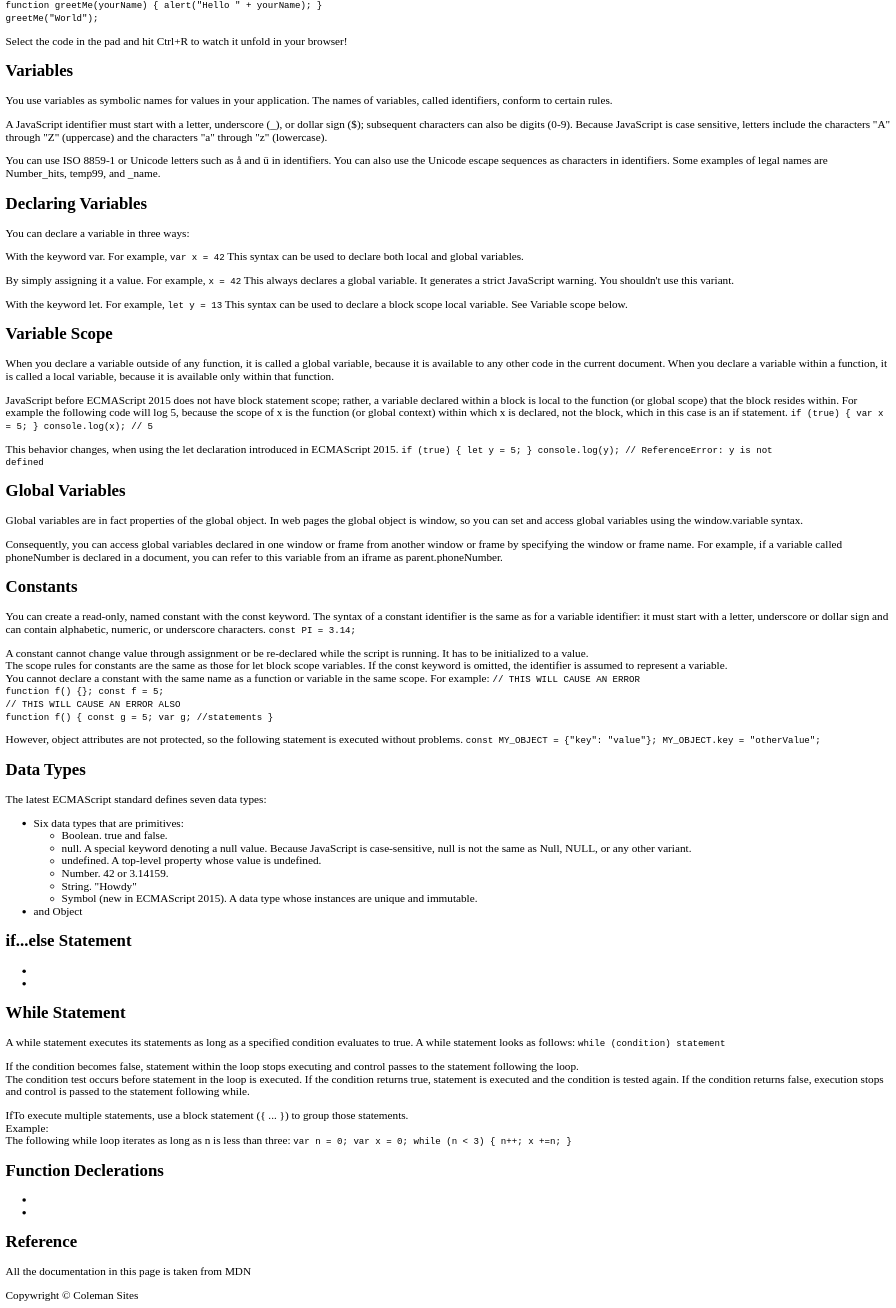
Repository: ctcoleman/technicalDocumentationPage
Page: index.html
An editor plug-in stored every save of this project. The page is shown before and after a run of saves, followed by the edit.
The browser window is 1280 px wide. The pictures show the part of the page from y = 1057 to 2977 px (the page is 2925 px tall before and 2977 px after), at 70% of full size.

Above is the page before, as saved 2020-07-09 22:17:51.

### index.html
<!DOCTYPE html>
<html lang="en">

<head>
  <meta charset="UTF-8">
  <meta name="viewport" content="width=device-width, initial-scale=1.0">
  <title>FCC: Technical Documentation Page</title>
</head>

<body>


  <header>
    <h1 id="main-heading">JS Technical Documentation Page</h1>
    <nav id="navbar">
      <ul>
        <li>
          <a href="#introduction">Introduction</a>
        <li>
          <a href="#whatYouShouldKnowAlready">What you should already know!</a>
        <li>
          <a href="#javascriptAndJava">JavaScript and Java</a>
        <li>
          <a href="#helloWorld">Hello World</a>
        <li>
          <a href="#variables">Variables</a>
        </li>
        <li>
          <a href="#declaringVariable">Declaring Variable</a>
        </li>
        <li>
          <a href="#variableScopes">Variable Scope</a>
        </li>
        <li>
          <a href="#globalVariables">Global Variables</a>
        </li>
        <li>
          <a href="#constants">Constants</a>
        </li>
        <li>
          <a href="#dataTypes">Data Types</a>
        </li>
        <li>
          <a href="#ifElseStatements">if...else Statement</a>
        </li>
        <li>
          <a href="#whileStatements">While Statement</a>
        </li>
        <li>
          <a href="#functionDeclerations">Function Declerations</a>
        </li>
        <li>
          <a href="#reference">Reference</a>
        </li>
      </ul>
    </nav>
  </header>

  <main id="main-doc">


    <section class="main-section" id="Introduction">
      <h2 class="topic-header">Introduction</h2>
      <article>
        <p>
          JavaScript is a cross-platform, object-oriented scripting language. It is a small and lightweight language.
          Inside a
          host environment (for example, a web browser), JavaScript can be connected to the objects of its environment
          to provide
          programmatic control over them.
        </p>
        <p>
          JavaScript contains a standard library of objects, such as Array, Date, and Math, and a core set of language
          elements
          such as operators, control structures, and statements. Core JavaScript can be extended for a variety of
          purposes by
          supplementing it with additional objects; for example:
        <ul>
          <li>Client-side JavaScript extends the core language by supplying objects to control a browser and its
            Document Object Model
            (DOM). For example, client-side extensions allow an application to place elements on an HTML form and
            respond to user
            events such as mouse clicks, form input, and page navigation.</li>
          <li>Server-side JavaScript extends the core language by supplying objects relevant to running JavaScript on a
            server. For
            example, server-side extensions allow an application to communicate with a database, provide continuity of
            information
            from one invocation to another of the application, or perform file manipulations on a server.</li>
        </ul>
        </p>
      </article>
    </section>

    <section class="main-section" id="whatYouShouldAlreadyKnow">
      <h2 class="topic-header">What you should already know</h2>
      <article>
        <p>
          This guide assumes you have the following basic background:
        <ul>
          <li>A general understanding of the Internet and the World Wide Web (WWW).
          </li>
          <li>Good working knowledge of HyperText Markup Language (HTML).
          </li>
          <li>Some programming experience. If you are new to programming, try one of the tutorials linked on the main
            page about
            JavaScript.
          </li>
        </ul>
        </p>
      </article>
    </section>

    <section class="main-section" id="javaScriptAndJava">
      <h2 class="topic-header">JavaScript and Java</h2>
      <article>
        <p>
          JavaScript and Java are similar in some ways but fundamentally different in some others. The JavaScript
          language
          resembles Java but does not have Java's static typing and strong type checking. JavaScript follows most Java
          expression
          syntax, naming conventions and basic control-flow constructs which was the reason why it was renamed from
          LiveScript to
          JavaScript.
        </p>
        <p>
          In contrast to Java's compile-time system of classes built by declarations, JavaScript supports a runtime
          system based
          on a small number of data types representing numeric, Boolean, and string values. JavaScript has a
          prototype-based
          object model instead of the more common class-based object model. The prototype-based model provides dynamic
          inheritance; that is, what is inherited can vary for individual objects. JavaScript also supports functions
          without any
          special declarative requirements. Functions can be properties of objects, executing as loosely typed methods.
        </p>
        <p>
          JavaScript is a very free-form language compared to Java. You do not have to declare all variables, classes, and
          methods. You do not have to be concerned with whether methods are public, private, or protected, and you do not have to
          implement interfaces. Variables, parameters, and function return types are not explicitly typed.
        </p>
      </article>
    </section>

    <section class="main-section" id="helloWorld">
      <h2 class="topic-header">Hello World</h2>
      <article>
        <p>
          To get started with writing JavaScript, open the Scratchpad and write your first "Hello world" JavaScript code:
        </p>
        <code>
          function greetMe(yourName) { alert("Hello " + yourName); }<br>
          greetMe("World");
        </code>
        <p>
          Select the code in the pad and hit Ctrl+R to watch it unfold in your browser!
        </p>
      </article>
    </section>

    <section class="main-section" id="variables">
      <h2 class="topic-header">Variables</h2>
      <article>
        <p>
        You use variables as symbolic names for values in your application. The names of variables, called identifiers, conform
        to certain rules.
        </p>
        <p>
          A JavaScript identifier must start with a letter, underscore (_), or dollar sign ($); subsequent characters can also be
          digits (0-9). Because JavaScript is case sensitive, letters include the characters "A" through "Z" (uppercase) and the
          characters "a" through "z" (lowercase).
        </p>
        <p>
          You can use ISO 8859-1 or Unicode letters such as å and ü in identifiers. You can also use the Unicode escape sequences
          as characters in identifiers. Some examples of legal names are Number_hits, temp99, and _name.
        </p>
      </article>
    </section>

    <section class="main-section" id="declaringVariables">
      <h2 class="topic-header">Declaring Variables</h2>
      <article>
        <p>
        You can declare a variable in three ways:
        </p>
        <p>
          With the keyword var. For example,
          <code> var x = 42</code>
          This syntax can be used to declare both local and global variables.
        </p>
        <p>
        By simply assigning it a value. For example,
        <code>x = 42</code>
        This always declares a global variable. It generates a strict JavaScript warning. You shouldn't use this variant.
        </p>
        <p>
          With the keyword let. For example,
          <code>let y = 13</code>
          This syntax can be used to declare a block scope local variable. See Variable scope below.
        </p>
      </article>
    </section>

    <section class="main-section" id="variableScope">
      <h2 class="topic-header">Variable Scope</h2>
      <article>
        <p>
          When you declare a variable outside of any function, it is called a global variable, because it is available to any
          other code in the current document. When you declare a variable within a function, it is called a local variable,
          because it is available only within that function.
        </p>
        <p>
          JavaScript before ECMAScript 2015 does not have block statement scope; rather, a variable declared within a block is
          local to the function (or global scope) that the block resides within. For example the following code will log 5,
          because the scope of x is the function (or global context) within which x is declared, not the block, which in this case
          is an if statement.
          <code>if (true) { var x = 5; } console.log(x); // 5</code>
        </p>
        <p>
          This behavior changes, when using the let declaration introduced in ECMAScript 2015.
          <code>if (true) { let y = 5; } console.log(y); // ReferenceError: y is not<br>
          defined</code>
        </p>
      </article>
    </section>

    <section class="main-section" id="globalVariables">
      <h2 class="topic-header">Global Variables</h2>
      <article>
        <p>
          Global variables are in fact properties of the global object. In web pages the global object is window, so you can set
          and access global variables using the window.variable syntax.
        </p>
        <p>
          Consequently, you can access global variables declared in one window or frame from another window or frame by specifying
          the window or frame name. For example, if a variable called phoneNumber is declared in a document, you can refer to this
          variable from an iframe as parent.phoneNumber.
        </p>
      </article>
    </section>

    <section class="main-section" id="constants">
      <h2 class="topic-header">Constants</h2>
      <article>
        <p>
          You can create a read-only, named constant with the const keyword. The syntax of a constant identifier is the same as
          for a variable identifier: it must start with a letter, underscore or dollar sign and can contain alphabetic, numeric,
          or underscore characters.
          <code>const PI = 3.14;</code>
        </p>
        <p>
          A constant cannot change value through assignment or be re-declared while the script is running. It has to be
          initialized to a value.
          <br>
          The scope rules for constants are the same as those for let block scope variables. If the const keyword is omitted, the
          identifier is assumed to represent a variable.
          <br>
          You cannot declare a constant with the same name as a function or variable in the same scope. For example:
          <code>
            // THIS WILL CAUSE AN ERROR<br> function f() {}; const f = 5;<br> // THIS WILL
            CAUSE AN ERROR ALSO<br> function f() { const g = 5; var g; //statements
            }
          </code>
        </p>
        <p>
          However, object attributes are not protected, so the following statement is executed without problems.

          <code>
            const MY_OBJECT = {"key": "value"}; MY_OBJECT.key = "otherValue";
          </code>
        </p>
      </article>
    </section>

    <section class="main-section" id="dataTypes">
      <h2 class="topic-header">Data Types</h2>
      <article>
        <p>
          The latest ECMAScript standard defines seven data types:
        <ul>
          <li>Six data types that are primitives:</li>
            <ul>
              <li>Boolean. true and false.</li>
              <li>null. A special keyword denoting a null value. Because JavaScript is case-sensitive, null is not the same as Null, NULL,
              or any other variant.</li>
              <li>undefined. A top-level property whose value is undefined.</li>
              <li>Number. 42 or 3.14159.</li>
              <li>String. "Howdy"</li>
              <li>Symbol (new in ECMAScript 2015). A data type whose instances are unique and immutable.</li>
            </ul>
          <li>and Object</li>
        </ul>
        </p>
        <p>

        </p>
      </article>
    </section>

    <section class="main-section" id="ifElseStatements">
      <h2 class="topic-header">if...else Statement</h2>
      <article>
        <p>
        <ul>
          <li></li>
          <li></li>
        </ul>
        </p>
        <p>

        </p>
      </article>
    </section>

    <section class="main-section" id="whileStatements">
      <h2 class="topic-header">While Statement</h2>
      <article>
        <p>
          A while statement executes its statements as long as a specified condition evaluates to true. A while statement looks as
          follows:
          <code>while (condition) statement</code>
        </p>
        <p>
          If the condition becomes false, statement within the loop stops executing and control passes to the statement following the loop.
          <br>
          The condition test occurs before statement in the loop is executed. If the condition returns true, statement is executed and the condition is tested again. If the condition returns false, execution stops and control is passed to the statement following while.
        </p>
        <p>
          IfTo execute multiple statements, use a block statement ({ ... }) to group those statements.
          <br>
          Example:
          <br>
          The following while loop iterates as long as n is less than three:
          <code>
            var n = 0; var x = 0; while (n < 3) { n++; x +=n; }
          </code>
        </p>
      </article>
    </section>

    <section class="main-section" id="functionDeclerations">
      <h2 class="topic-header">Function Declerations</h2>
      <article>
        <p>
        <ul>
          <li></li>
          <li></li>
        </ul>
        </p>
        <p>

        </p>
      </article>
    </section>

    <section class="main-section" id="reference">
      <h2 class="topic-header">Reference</h2>
      <article>
        <p>
          All the documentation in this page is taken from MDN
        </>
      </article>
    </section>

    <footer id="footer-wrapper">
      <span>Copywright &copy; Coleman Sites</span>
    </footer>
  </main>
</body>

</html>

After the next 5 saves:
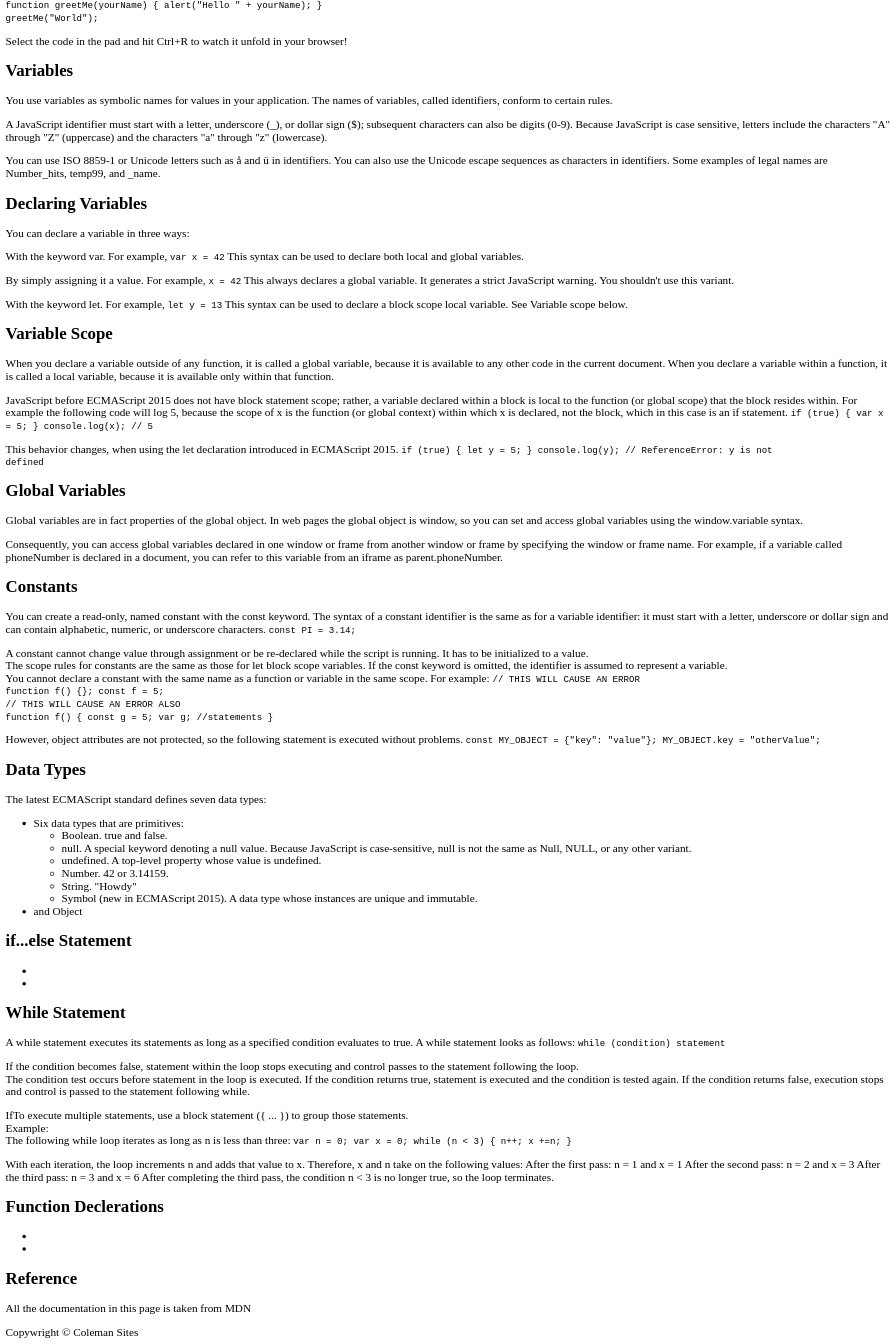
The 5 saves are shown as one change because they came seconds apart.
The last was saved 19 s later.
--- a/index.html
+++ b/index.html
@@ -333,6 +333,14 @@
             var n = 0; var x = 0; while (n < 3) { n++; x +=n; }
           </code>
         </p>
+        <p>
+          With each iteration, the loop increments n and adds that value to x. Therefore, x and n take on the following values:
+
+          After the first pass: n = 1 and x = 1
+          After the second pass: n = 2 and x = 3
+          After the third pass: n = 3 and x = 6
+          After completing the third pass, the condition n < 3 is no longer true, so the loop terminates.
+        </p>
       </article>
     </section>
 
